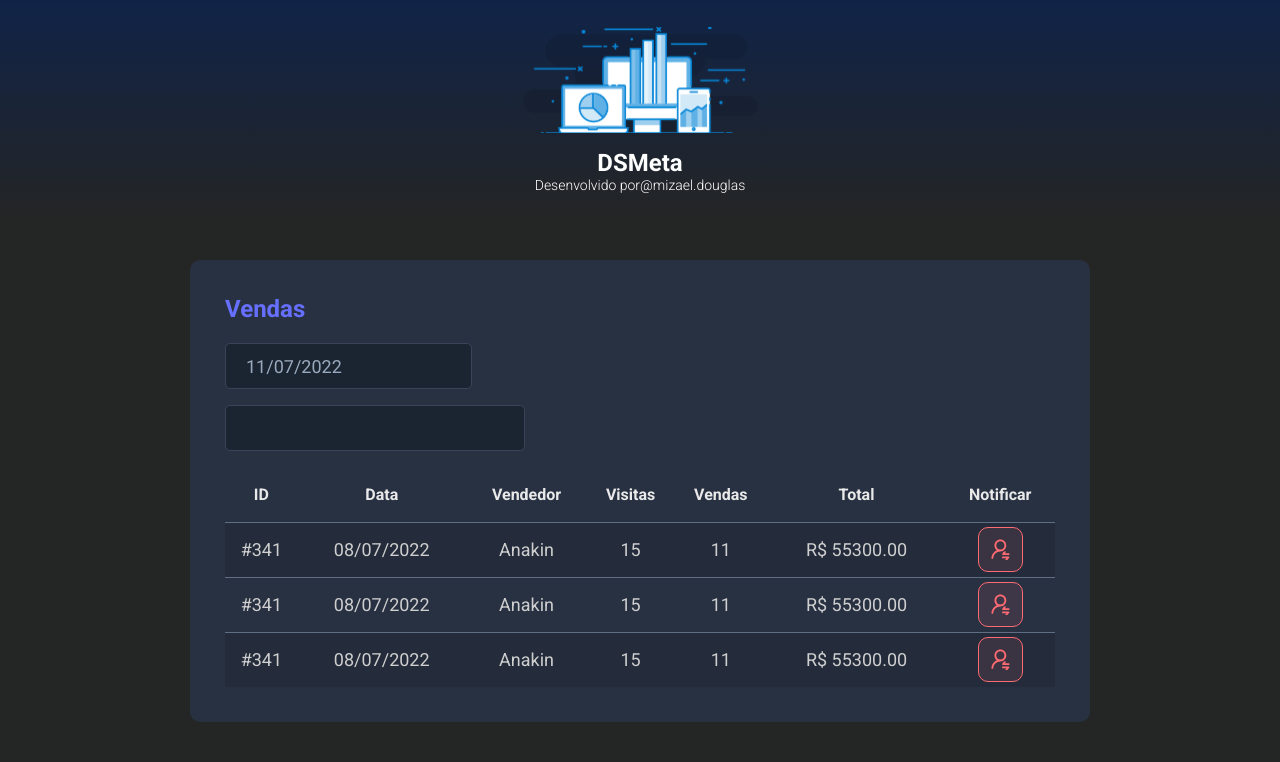
Repository: Mizaeldouglas/ds-Meta
Page: / (app in frontend/)
The author's editor kept a copy of each file at every save. The page is drawn from the files as they stood at one save, then again after the next save.
The browser window is 1280 px wide. The pictures show the whole page.
The project was rebuilt for these pictures with package versions that can differ from the ones it lists, and the page was loaded fresh each time. Also part of the build but not shown: frontend/vite.config.ts.

Above is the page before, as saved 2022-07-11 11:37:15.

### frontend/src/App.tsx
import Header from "./components/Header";
import NotificationButton from "./components/NotificationButton";
import SalesCard from "./components/SalesCard";

function App() {
  return (
    <>
      <Header />
      <main>
        <section id="sales">
          <div className="dsmeta-container">
			<SalesCard />
		  </div>
        </section>
      </main>
    </>
  );
}

export default App;

### frontend/src/index.css
@import url("https://fonts.googleapis.com/css2?family=Roboto:wght@300;400;700&display=swap");

* {
  font-family: "Roboto", sans-serif;
  box-sizing: border-box;
  margin: 0;
  padding: 0;
}

body,
html {
  background-color: #242525;
  color: #fff;
}

a,
a:hover,
a:visited {
  color: unset;
  text-decoration: none;
}
.dsmeta-container {
	width: 100%;
	max-width: 900px;
	margin: 0 auto;
  }

  #sales {
	padding: 40px 10px;
  }

### frontend/src/components/Header/index.tsx
import "./styles.css";
import logo from "../../assets/img/logo.svg";

function Header() {
  return (
    <header>
      <div className="dsmeta-logo-container">
        <img src={logo} alt="DSMeta" />
        <h1>DSMeta</h1>
        <p>
          Desenvolvido por
          <a href="https://www.instagram.com/mizael.douglas">@mizael.douglas</a>
        </p>
      </div>
    </header>
  );
}

export default Header;

### frontend/src/components/SalesCard/index.tsx
import NotificationButton from "../NotificationButton";
import "./styles.css";
import DatePicker from "react-datepicker";
import "react-datepicker/dist/react-datepicker.css";

export default function SalesCard() {
  return (
    <div className="dsmeta-card">
      <h2 className="dsmeta-sales-title">Vendas</h2>
      <div>
        <div className="dsmeta-form-control-container">
          <DatePicker
            selected={new Date()}
            onChange={(date: Date) => {}}
            className="dsmeta-form-control"
            dateFormat="dd/MM/yyyy"
          />
        </div>
        <div className="dsmeta-form-control-container">
          <input className="dsmeta-form-control" type="text" />
        </div>
      </div>

      <div>
        <table className="dsmeta-sales-table">
          <thead>
            <tr>
              <th className="show992">ID</th>
              <th className="show576">Data</th>
              <th>Vendedor</th>
              <th className="show992">Visitas</th>
              <th className="show992">Vendas</th>
              <th>Total</th>
              <th>Notificar</th>
            </tr>
          </thead>
          <tbody>
            <tr>
              <td className="show992">#341</td>
              <td className="show576">08/07/2022</td>
              <td>Anakin</td>
              <td className="show992">15</td>
              <td className="show992">11</td>
              <td>R$ 55300.00</td>
              <td>
                <div className="dsmeta-red-btn-container">
                  <NotificationButton />
                </div>
              </td>
            </tr>
            <tr>
              <td className="show992">#341</td>
              <td className="show576">08/07/2022</td>
              <td>Anakin</td>
              <td className="show992">15</td>
              <td className="show992">11</td>
              <td>R$ 55300.00</td>
              <td>
                <div className="dsmeta-red-btn-container">
                  <NotificationButton />
                </div>
              </td>
            </tr>
            <tr>
              <td className="show992">#341</td>
              <td className="show576">08/07/2022</td>
              <td>Anakin</td>
              <td className="show992">15</td>
              <td className="show992">11</td>
              <td>R$ 55300.00</td>
              <td>
                <div className="dsmeta-red-btn-container">
                  <NotificationButton />
                </div>
              </td>
            </tr>
          </tbody>
        </table>
      </div>
    </div>
  );
}

### frontend/src/components/Header/styles.css
header {
	background: linear-gradient(180deg, #102347 0%, #242525 100%);
	height: 220px;
	display: flex;
	align-items: center;
	justify-content: center;
  }

  .dsmeta-logo-container {
	display: flex;
	flex-direction: column;
	align-items: center;
  }

  .dsmeta-logo-container img {
	width: 235px;
  }

  .dsmeta-logo-container h1 {
	margin-top: 15px;
	font-size: 24px;
  }

  .dsmeta-logo-container p {
	font-size: 14px;
	font-weight: 300;
  }

### frontend/src/components/NotificationButton/index.tsx
import icon from '../../assets/img/notification-icon.svg'
import './styles.css'

function NotificationButton() {
  return (
    <div className="dsmeta-red-btn">
      <img src={icon} alt="Notificar" />
    </div>
  );
}

export default NotificationButton;

### frontend/src/components/SalesCard/styles.css
.dsmeta-card {
  background-color: #283142;
  border-radius: 10px;
  padding: 30px 10px;
}

.dsmeta-sales-title {
  color: #676fff;
  font-size: 24px;
  margin-bottom: 20px;
}

.dsmeta-form-control-container {
  margin-bottom: 16px;
  max-width: 300px;
}

.dsmeta-form-control {
  width: 100%;
  height: 46px;
  background-color: #1b2531;
  border: 1px solid #384459;
  border-radius: 5px;
  color: #9aaabe;
  padding: 0 20px;
  font-size: 18px;
}

.dsmeta-sales-table {
  width: 100%;
  border-spacing: 0;
  border-collapse: collapse;
}

.dsmeta-sales-table thead {
  height: 55px;
  font-size: 16px;
  color: #e9e9e9;
  font-weight: 700;
}

.dsmeta-sales-table tbody {
  font-size: 14px;
  font-weight: 400;
  color: #cfcfcf;
  text-align: center;
}

.dsmeta-sales-table tbody tr {
  height: 74px;
  border-top: 1px solid #5f6e82;
}

.dsmeta-sales-table tbody tr:hover > td {
  background-color: #384459;
}

.dsmeta-sales-table tbody tr:nth-child(odd) {
  background-color: #242c3b;
}

.dsmeta-red-btn-container {
  display: flex;
  justify-content: center;
}
.show576 {
  display: none;
}

.show992 {
  display: none;
}

@media (min-width: 576px) {
  .show576 {
    display: table-cell;
  }

  .dsmeta-card {
    padding: 35px;
  }

  .dsmeta-sales-table tbody tr {
    height: 55px;
  }

  .dsmeta-sales-table tbody {
    font-size: 18px;
  }
}

@media (min-width: 992px) {
  .show992 {
    display: table-cell;
  }
}

### frontend/src/components/NotificationButton/styles.css
.dsmeta-red-btn {
	height: 45px;
	width: 45px;
	background: rgba(255, 107, 114, 0.1);
	border: 1px solid #ff6b72;
	border-radius: 10px;
	display: flex;
	align-items: center;
	justify-content: center;
	cursor: pointer;
  }

  .dsmeta-red-btn img {
	  width: 19px;
  }

Loaded but not shown: frontend/index.html (common file); frontend/src/main.tsx (common file)

After the next save:
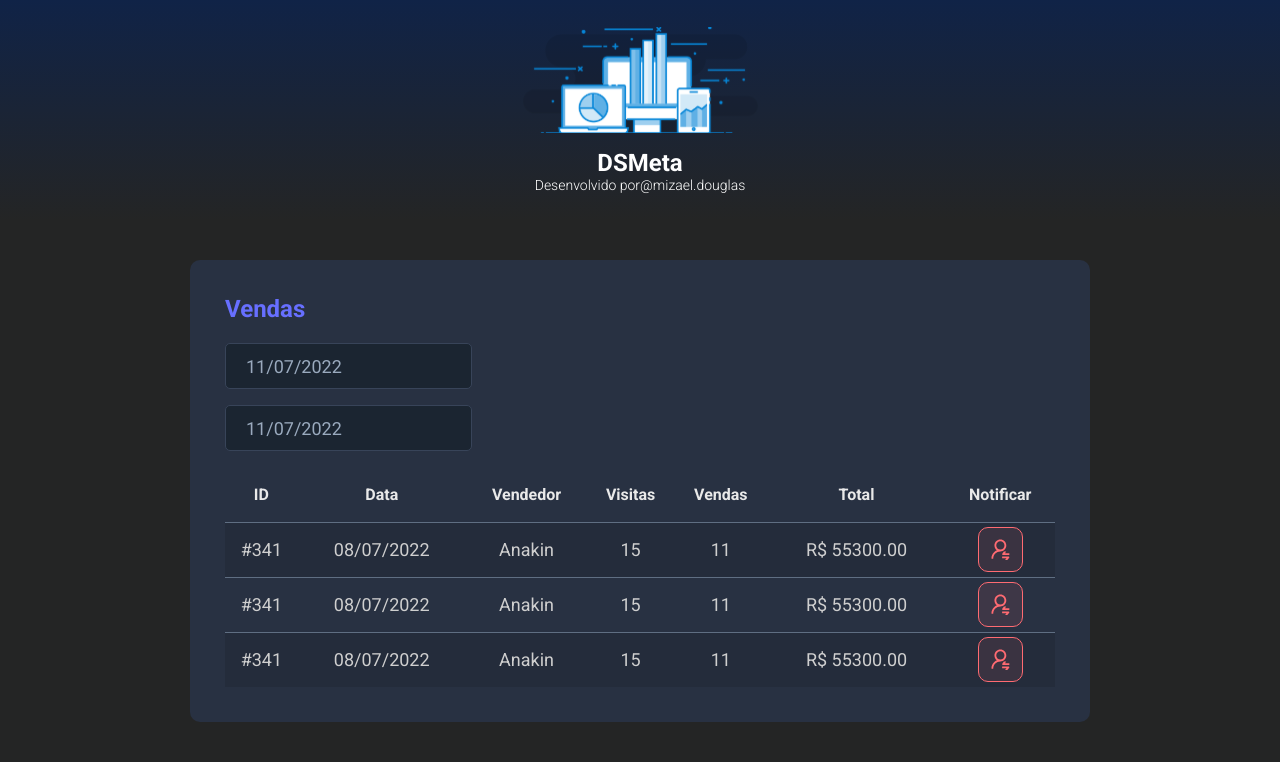
Saved 10 s later.
--- a/frontend/src/components/SalesCard/index.tsx
+++ b/frontend/src/components/SalesCard/index.tsx
@@ -17,7 +17,12 @@ export default function SalesCard() {
           />
         </div>
         <div className="dsmeta-form-control-container">
-          <input className="dsmeta-form-control" type="text" />
+          <DatePicker
+            selected={new Date()}
+            onChange={(date: Date) => {}}
+            className="dsmeta-form-control"
+            dateFormat="dd/MM/yyyy"
+          />
         </div>
       </div>
 
